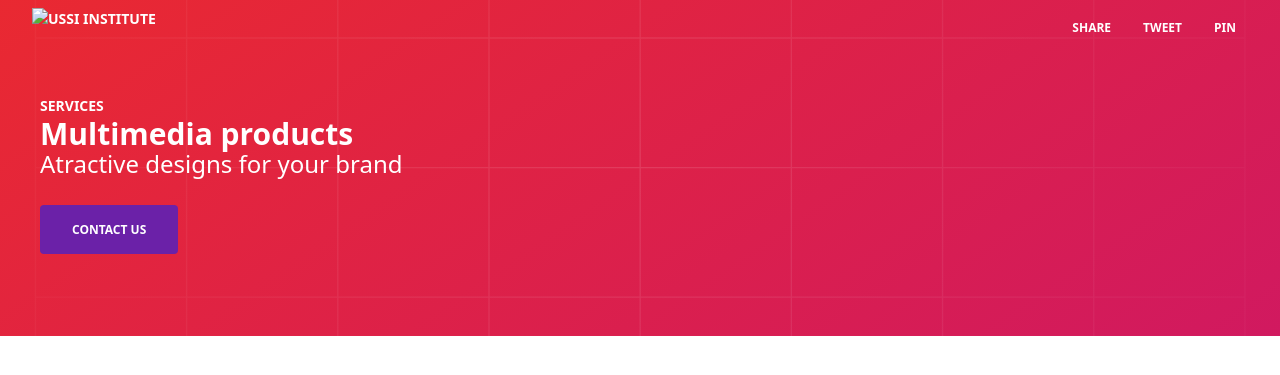
Repository: farrelmuhammad/tokodistributor
Page: /
These files come from the project's save history. The page is drawn as it stood at one moment and after the next save; the edit follows.
The browser window is 1280 px wide. The pictures show the whole page.
The project was rebuilt for these pictures with package versions that can differ from the ones it lists, and the page was loaded fresh each time. Also part of the build but not shown: vite.config.js, src/App.css.

Above is the page before, as saved 2022-11-13 21:13:42.

### src/App.jsx
import { useState } from "react";
import reactLogo from "./assets/react.svg";
import "./App.css";
import Home from "./pages/Home";

function App() {
  const [count, setCount] = useState(0);

  return (
    <>
      <Home />
    </>
  );
}

export default App;

### src/pages/Home.jsx
import React from "react";
import Jumbotron from "../components/Jumbotron";
import Navbar from "../components/Navbar";

const Home = () => {
  return (
    <>
      <Navbar />
      <Jumbotron />
    </>
  );
};

export default Home;

### src/components/Jumbotron.jsx
import React from "react";
import Hero from "../assets/Hero.svg";

const Jumbotron = () => {
  return (
    <>
      <div
        class="bg-cover bg-center  h-auto text-white py-24 px-10 object-fill"
        style={{
            backgroundImage: `url(${Hero})`,
        }}
      >
        <div class="md:w-1/2">
          <p class="font-bold text-sm uppercase">Services</p>
          <p class="text-3xl font-bold">Multimedia products</p>
          <p class="text-2xl mb-10 leading-none">
            Atractive designs for your brand
          </p>
          <a
            href="#"
            class="bg-purple-800 py-4 px-8 text-white font-bold uppercase text-xs rounded hover:bg-gray-200 hover:text-gray-800"
          >
            Contact us
          </a>
        </div>
      </div>
      {/* <div class="md:container md:mx-auto">
        aaaa
      </div> */}
    </>
  );
};

export default Jumbotron;

### src/components/Navbar.jsx
import React, { useState } from "react";

const Navbar = () => {
  const [navbarOpen, setNavbarOpen] = useState(false);

  return (
    <>
      <nav className="absolute top-0 left-0 w-full px-4 z-[9999]">
        <div className="container px-4 mx-auto flex flex-wrap items-center justify-between">
          <div className="w-full relative flex justify-between lg:w-auto lg:static lg:block lg:justify-start">
            <a
              className="text-sm font-bold leading-relaxed inline-block mr-4 py-2 whitespace-nowrap uppercase text-white"
              href="#pablo"
            >
              <img
                //   src={Logo}
                alt="USSI Institute"
                className="h-10"
              />
            </a>
            <button
              className="text-white cursor-pointer text-xl leading-none px-3 py-1 border border-solid border-transparent rounded bg-transparent block lg:hidden outline-none focus:outline-none"
              type="button"
              onClick={() => setNavbarOpen(!navbarOpen)}
            >
              <i className="fas fa-bars"></i>
            </button>
          </div>
          <div
            className={
              "lg:flex flex-grow items-center" +
              (navbarOpen ? " flex" : " hidden")
            }
            id="example-navbar-danger"
          >
            <ul className="flex flex-col lg:flex-row list-none lg:ml-auto">
              <li className="nav-item">
                <a
                  className="px-3 py-2 flex items-center text-xs uppercase font-bold leading-snug text-white hover:opacity-75"
                  href="#pablo"
                >
                  <i className="fab fa-facebook-square text-lg leading-lg text-white opacity-75"></i>
                  <span className="ml-2">Share</span>
                </a>
              </li>
              <li className="nav-item">
                <a
                  className="px-3 py-2 flex items-center text-xs uppercase font-bold leading-snug text-white hover:opacity-75"
                  href="#pablo"
                >
                  <i className="fab fa-twitter text-lg leading-lg text-white opacity-75"></i>
                  <span className="ml-2">Tweet</span>
                </a>
              </li>
              <li className="nav-item">
                <a
                  className="px-3 py-2 flex items-center text-xs uppercase font-bold leading-snug text-white hover:opacity-75"
                  href="#pablo"
                >
                  <i className="fab fa-pinterest text-lg leading-lg text-white opacity-75"></i>
                  <span className="ml-2">Pin</span>
                </a>
              </li>
            </ul>
          </div>
        </div>
      </nav>
    </>
  );
};

export default Navbar;

Loaded but not shown: index.html (common file); src/main.jsx (common file); src/index.css (common file); tailwind.config.cjs (common file)

After the next save:
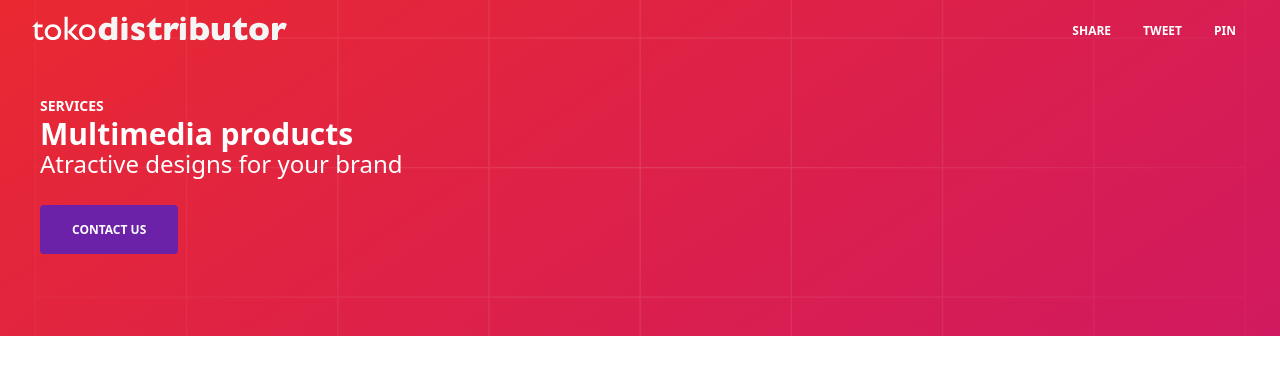
Saved 82 s later.
--- a/src/components/Navbar.jsx
+++ b/src/components/Navbar.jsx
@@ -1,4 +1,6 @@
 import React, { useState } from "react";
+import Logo from "../assets/Logo.svg";
+
 
 const Navbar = () => {
   const [navbarOpen, setNavbarOpen] = useState(false);
@@ -13,7 +15,7 @@
               href="#pablo"
             >
               <img
-                //   src={Logo}
+                  src={Logo}
                 alt="USSI Institute"
                 className="h-10"
               />
